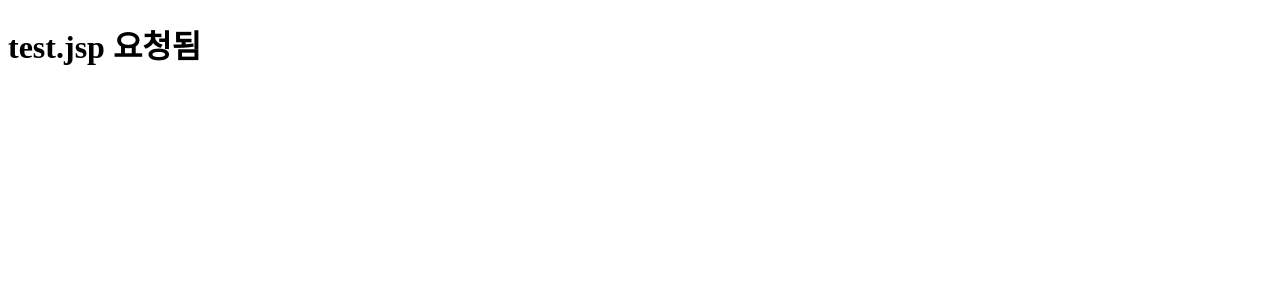
Repository: j-hee-98/Servlet-JSP
Page: http://localhost/step04_Filter/test01.jsp
These files come from the project's save history. The page is drawn as it stood at one moment and after the next save; the edit follows.
The browser window is 1280 px wide. The pictures show the whole page.
The page is served by Tomcat 10. Other server files are loaded and not shown.

Above is the page before, as saved 2025-04-17 03:23:53.

### step04_Filter/src/main/webapp/test01.jsp
<%@ page language="java" contentType="text/html; charset=UTF-8"
    pageEncoding="UTF-8"%>
<!DOCTYPE html>
<html>
<head>
<meta charset="UTF-8">
<title>Insert title here</title>
</head>
<body>
<h1>test.jsp 요청됨</h1>
<%
	System.out.println("test.jsp요청됨");
%>
</body>
</html>

After the next save:
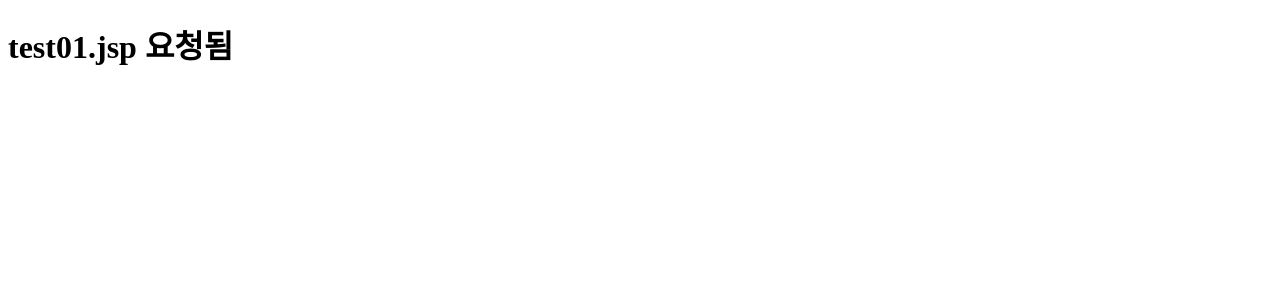
Saved 22 s later.
--- a/step04_Filter/src/main/webapp/test01.jsp
+++ b/step04_Filter/src/main/webapp/test01.jsp
@@ -7,9 +7,9 @@
 <title>Insert title here</title>
 </head>
 <body>
-<h1>test.jsp 요청됨</h1>
+<h1>test01.jsp 요청됨</h1>
 <%
-	System.out.println("test.jsp요청됨");
+	System.out.println("test01.jsp요청됨");
 %>
 </body>
 </html>
